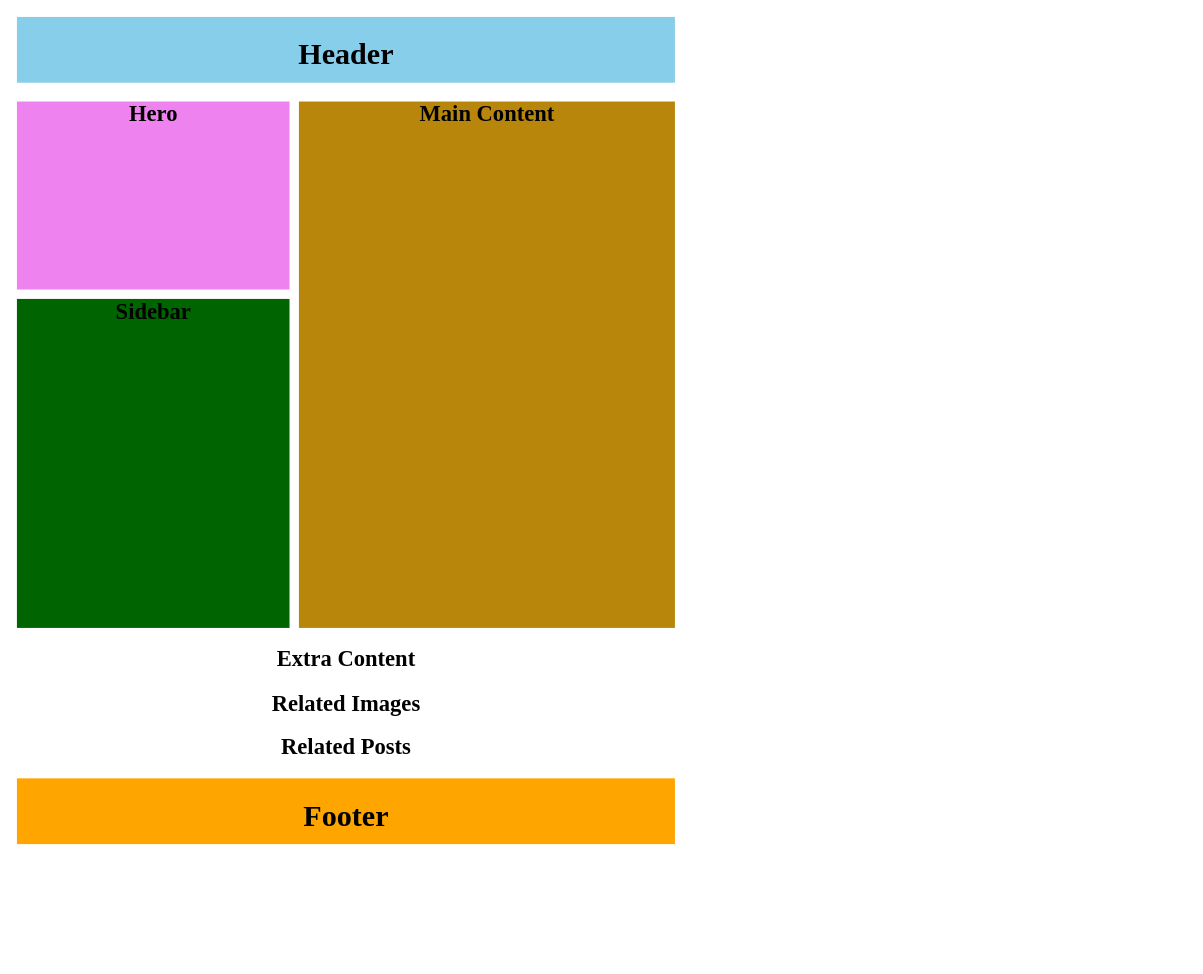
Repository: harshitanthal1/assignments_avisoft
Page: 01-02-2024/assignment_2/index.html
An editor plug-in stored every save of this project. The page is shown before and after the next save, followed by the edit.
The browser window is 1280 px wide. The pictures show the whole page, at 94% of full size.

Above is the page before, as saved 2024-02-01 18:11:24.

### 01-02-2024/assignment_2/index.html
<!DOCTYPE html>
<html lang="en">
<head>
    <meta charset="UTF-8">
    <meta name="viewport" content="width=device-width, initial-scale=1.0">
    <title>Assignment 2</title>
    <link rel="stylesheet" href="styles/styles.css" />
</head>
<body>
    <div id="main-sec">
       <div id="header"><h1>Header</h1></div>
       <div id="main">
           <div id="sec1"><h2>Hero</h2></div>
           <div id="sec2"><h2>Main Content</h2></div>
           <div id="sec3"><h2>Sidebar</h2></div>
           <div id="sec4"><h2>Extra Content</h2></div>
           <div id="sec5"><h2>Related Images</h2></div>
           <div id="sec6"><h2>Related Posts</h2></div>
       </div>
       <div id="footer"><h1>Footer</h1></div>
    </div>
</body>
</html>

### 01-02-2024/assignment_2/styles/styles.css
#main-sec {
    display: flex;
    width: 700px;
    height: 1000px;

    flex-direction: column;
    text-align: center;
    padding: 10px;
}

#header {
    background-color: skyblue;
    width: 700px;
    height: 70px;

}

#sec1 {
    background-color: violet;
    width: 290px;
    height: 200px;
    margin-right: 10px;
}

#sec2 {
    background-color: darkgoldenrod;
    width: 400px;
    height: 560px;
    margin-left: 300px;
    margin-top: -220px;
}

#sec3 {
    background-color: darkgreen;
    width: 290px;
    height: 350px;
    margin-top: -370px;
}

#footer {
    background-color: orange;
    width: 700px;
    height: 70px;

}

After the next save:
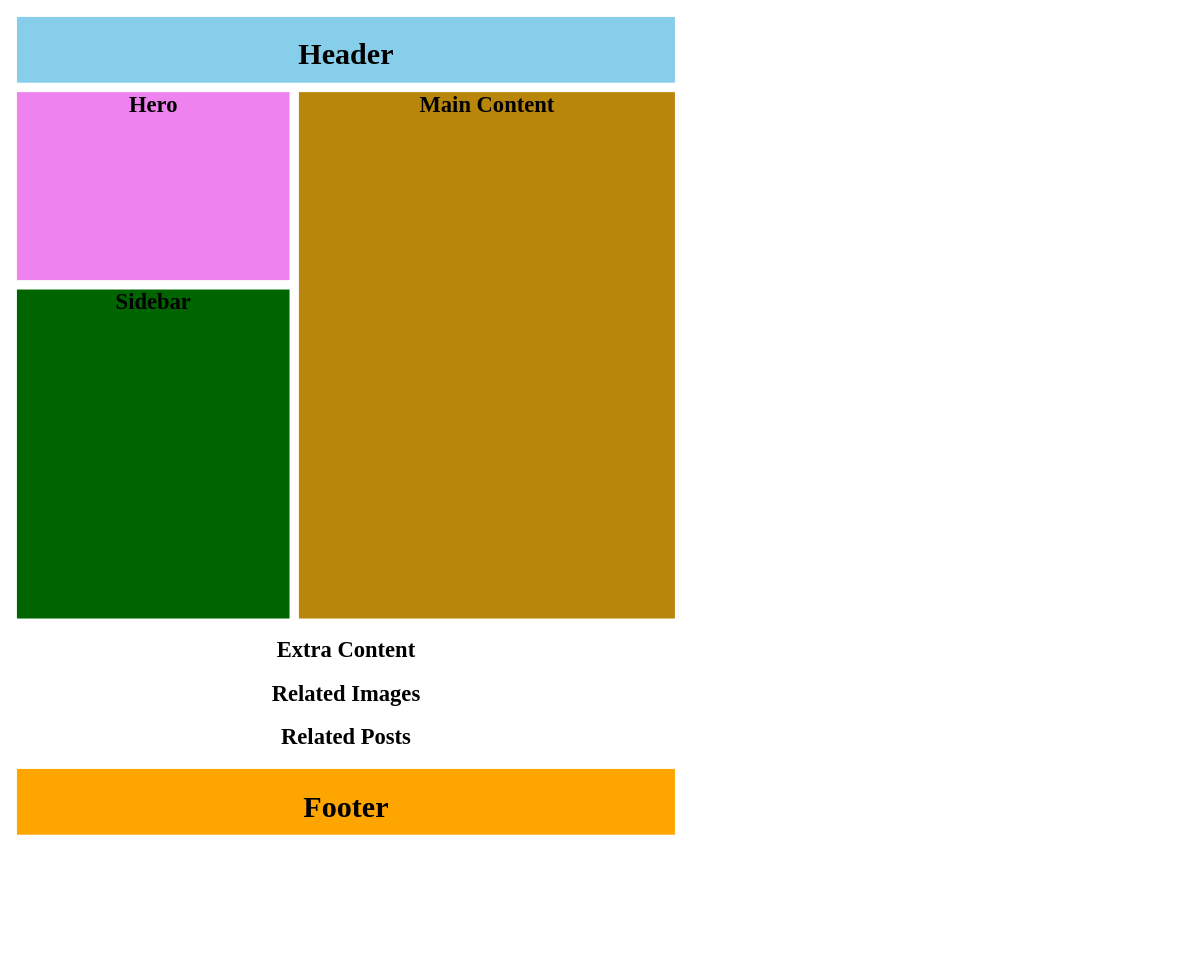
Saved 45 s later.
--- a/01-02-2024/assignment_2/styles/styles.css
+++ b/01-02-2024/assignment_2/styles/styles.css
@@ -12,6 +12,7 @@
     background-color: skyblue;
     width: 700px;
     height: 70px;
+    margin-bottom: -10px;
 
 }
 
